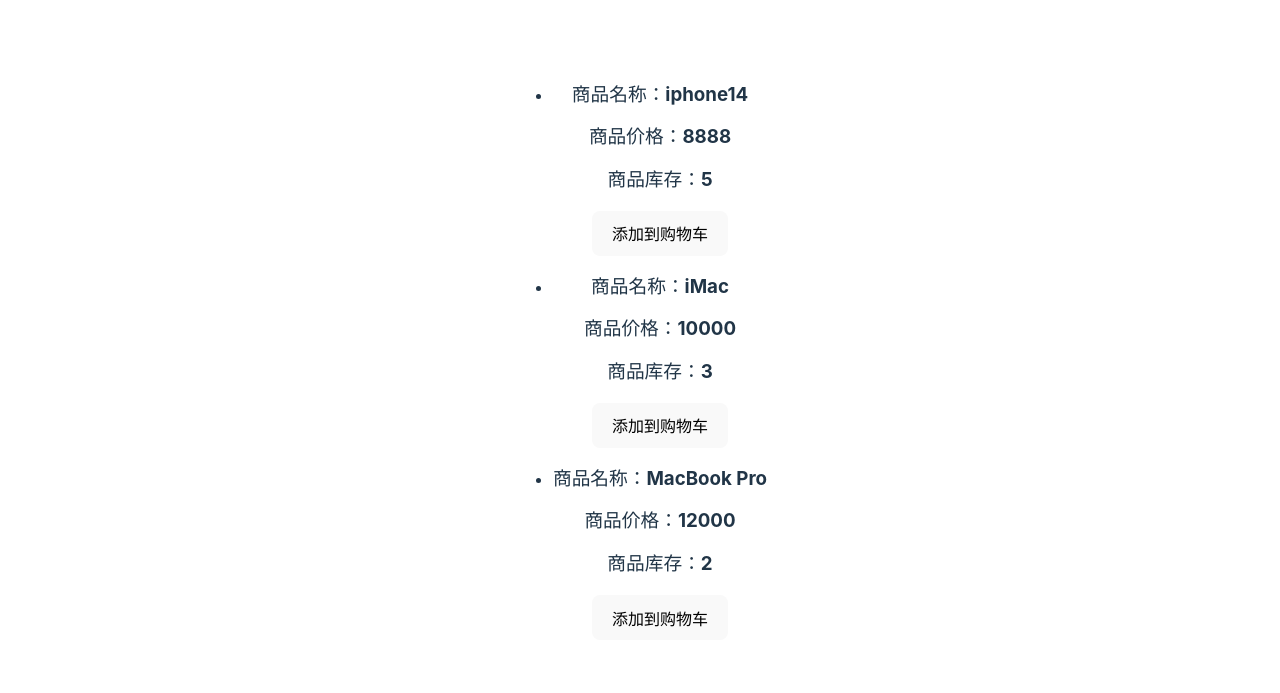
Repository: beautifulwhale/pinia-shopping-cart
Page: /
An editor plug-in stored every save of this project. The page is shown before and after a run of saves, followed by the edit.
The browser window is 1280 px wide. The pictures show the whole page.
The project was rebuilt for these pictures with package versions that can differ from the ones it lists, and the page was loaded fresh each time. Also part of the build but not shown: vite.config.ts.

Above is the page before, as saved 2022-10-18 22:47:20.

After the next 2 saves:
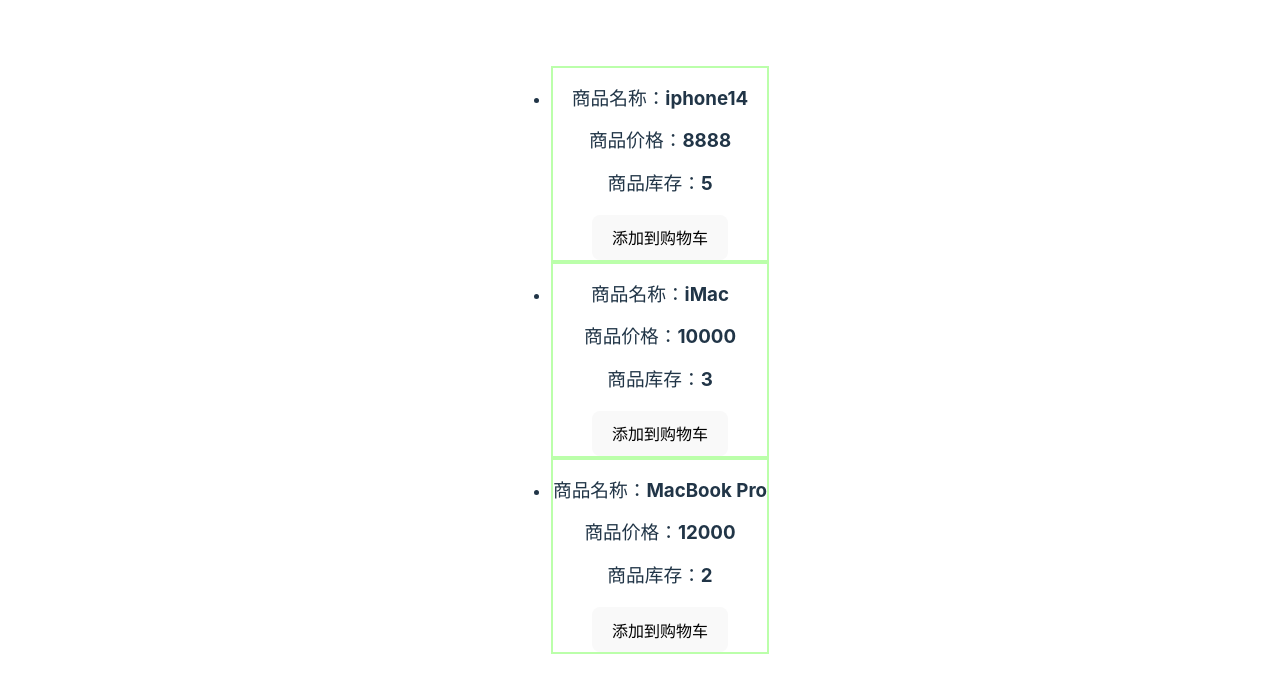
The 2 saves are shown as one change because they came seconds apart.
The last was saved 5 s later.
--- a/src/components/product.vue
+++ b/src/components/product.vue
@@ -1,6 +1,6 @@
 <template>
     <ul>
-        <li  v-for="(item) in productStore.productList" :key="item.id">
+        <li class="product" v-for="(item) in productStore.productList" :key="item.id">
             <h3>商品名称：{{item.name}}</h3>
             <h3>商品价格：{{item.price}}</h3>
             <h3>商品库存：{{item.inventory}}</h3>
